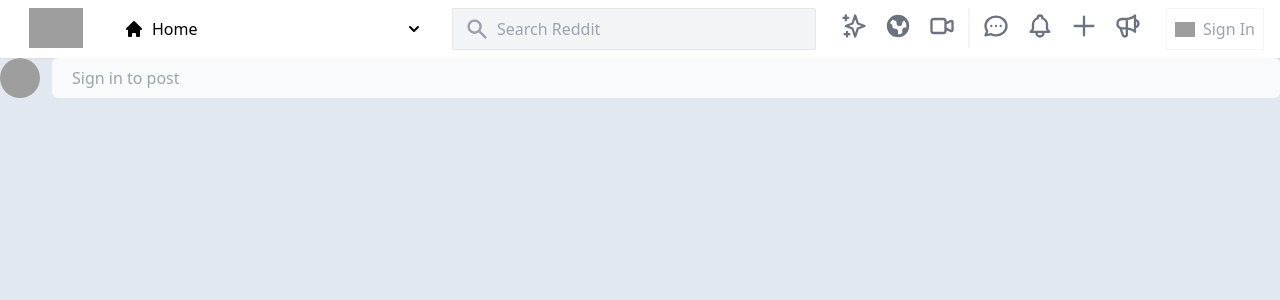
Repository: Scripter-Automation/reditclone
Page: /
The author's editor kept a copy of each file at every save. The page is drawn from the files as they stood at one save, then again after the next save.
The browser window is 1280 px wide. The pictures show the whole page.
Pictures or frames that could not be fetched are drawn as grey boxes. The page's requests for data from a server got no answer. The project was rebuilt for these pictures with package versions that can differ from the ones it lists, and the page was loaded fresh each time. A package was used in the major version that the imports need, not the one package.json lists. The framework's server and built-in components were replaced by stand-ins that run in the browser. No one was signed in, and anything a server would have sent is missing. Also part of the build but not shown: next.config.js.

Above is the page before, as saved 2022-05-27 18:35:38.

### pages/_app.tsx
import '../styles/globals.css'
import type { AppProps } from 'next/app'
import {SessionProvider} from "next-auth/react"
import Header from '../components/Header'
import { ApolloProvider } from '@apollo/client'
import client from "../apollo-client"

function MyApp({ Component, pageProps:{session, ...pageProps} }: AppProps) {
  return (
    <ApolloProvider client={client}>
    <SessionProvider session={session}>
      <div className='h-screen overflow-y-scroll bg-slate-200'>
        <Header></Header>
        <Component {...pageProps} />
      </div>
    </SessionProvider>
    </ApolloProvider>
  )

}

export default MyApp

### pages/index.tsx
import type { NextPage } from 'next'
import Head from 'next/head'
import Image from 'next/image'
import Header from '../components/Header'
import PostBox from '../components/PostBox'

const Home: NextPage = () => {
  return (
    <div className="">
      <Head>
        <title>Reddit 2.0  clone</title>
        <link rel="icon" href="/favicon.ico" />
      </Head>
      <PostBox></PostBox>

    </div>
    )
}

export default Home

### styles/globals.css
@tailwind base;
@tailwind components;
@tailwind utilities;

@layer components{
    .icon{
        @apply h-9 w-6 lg:w-9 cursor-pointer rounded-sm lg:p-1 lg:hover:bg-gray-100
    }
}

### components/Header.tsx
import Image from 'next/image'
import React from 'react'
import { MenuIcon, ChevronDownIcon, HomeIcon, SearchIcon, GlobeIcon} from "@heroicons/react/solid"
import {
    StarIcon,
    BellIcon,
    ChatIcon,
    PlusIcon,
    SparklesIcon,
    SpeakerphoneIcon,
    VideoCameraIcon
} from "@heroicons/react/outline"
import { signIn, signOut, useSession } from 'next-auth/react'
export default function Header() {

    const {data:session} = useSession();

  return (
    <div className='sticky top-0 z-50 flex bg-white px-4 py-2 shadow-sm'>
        <div className='relative h-10 w-20 flex-shrink-0'>
            <Image objectFit='contain' src="https://links.papareact.com/fqy" layout='fill'></Image>
        </div>
        <div className='flex items-center mx-7 xl:min-w-[300px]'>
            <HomeIcon className='h-5 w-5'></HomeIcon>
            <p className='flex-1 ml-2 hidden lg:inline'>Home</p>
            <ChevronDownIcon className='h-5 w-5'></ChevronDownIcon>
        </div>
        <form className='flex flex-1 items-center space-x-2 border border-gray-200 rounded-sm bg-gray-100 px-3 py-1'>
            <SearchIcon className='h-6 w-6 text-gray-400'/>
            <input className='flex-1 bg-transparent outline-none' type="text" placeholder="Search Reddit"></input>
            <button type="submit" hidden></button>
        </form>
        <div className=' text-gray-500 space-x-2 hidden lg:inline-flex mx-5'>
            <SparklesIcon className='icon'></SparklesIcon>
            <GlobeIcon className='icon'></GlobeIcon>
            <VideoCameraIcon className='icon'></VideoCameraIcon>
            <hr className='h-10 border border-gray-100' />
            <ChatIcon className='icon'></ChatIcon>
            <BellIcon className='icon'></BellIcon>
            <PlusIcon className='icon'></PlusIcon>
            <SpeakerphoneIcon className='icon'></SpeakerphoneIcon>
        </div>
        <div className='ml-5 flex items-center lg:hidden'>
            <MenuIcon className='icon'></MenuIcon>
        </div>
        {session ? (
            <div onClick={()=>{signOut()}} className='hidden lg:flex items-center space-x-2 border border-gray-100 p-2 cursor-pointer'>
            <div className='relative h-5 w-5 flex-shrink-0'>
            <Image src="https://links.papareact.com/23l" objectFit='contain' layout='fill' alt="" />
            </div>
            <div className='flex-1 text-xs'>
            <p className='truncate'>{session?.user?.name}</p>
            <p className='text-gray-400'>1 Karma</p>
            </div>
            <ChevronDownIcon className='h-5 flex-shrink-0 text-gray-400'></ChevronDownIcon>
        </div>
        ):(

        <div onClick={()=>{signIn()}} className='hidden lg:flex items-center space-x-2 border border-gray-100 p-2 cursor-pointer'>
            <div className='relative h-5 w-5 flex-shrink-0'>
            <Image src="https://links.papareact.com/23l" objectFit='contain' layout='fill' alt="" />
            </div>
            <p className='text-gray-400'>Sign In</p>
        </div>
        )}
    </div>
  )
}

### apollo-client.js
import { ApolloClient, InMemoryCache } from "@apollo/client";

const client = new ApolloClient({
    uri: "https://seraing.stepzen.net/api/morbid-macaw/__graphql",
    headers:{
        Authorization:`Apikey ${process.env.NEXT_PUBLIC_STEPZEN_KEY}`
    },
    cache: new InMemoryCache(),
});

export default client;

### components/PostBox.tsx
import { useSession } from 'next-auth/react'
import React from 'react'
import Avatar from './Avatar'

export default function PostBox() {
    const {data:session} = useSession()

  return (
    <form className='sticky top-16 z-50'>
        <div className='flex items-center space-x-3'>
            <Avatar></Avatar>

            <input
                disabled={!session}
                className= "flex-1 rounded-md bg-gray-50 p-2 pl-5 outilne-none"
                type="text"
                placeholder={session ? 'Createa a post by entering a titile!':'Sign in to post'}
            >
            </input>
        </div>
    </form>
  )
}

### components/Avatar.tsx
import { useSession } from 'next-auth/react'
import React from 'react'
import Image from 'next/image'

type Props = {
    seed?: string
    large?: boolean
}

export default function Avatar({seed, large} : Props) {

    const {data:session} = useSession()

  return (
    <div className={`overflow-hidden relative h-10 w-10 rounded-full border-gray-300 bg-white ${large && `h-20 w-20`}`}>
        <Image layout='fill' src={`https://avatars.dicebear.com/api/open-peeps/${seed ||session?.user?.name || "placeholder"}.svg`}></Image>
    </div>
  )
}

Loaded but not shown: tailwind.config.js (common file)

After the next save:
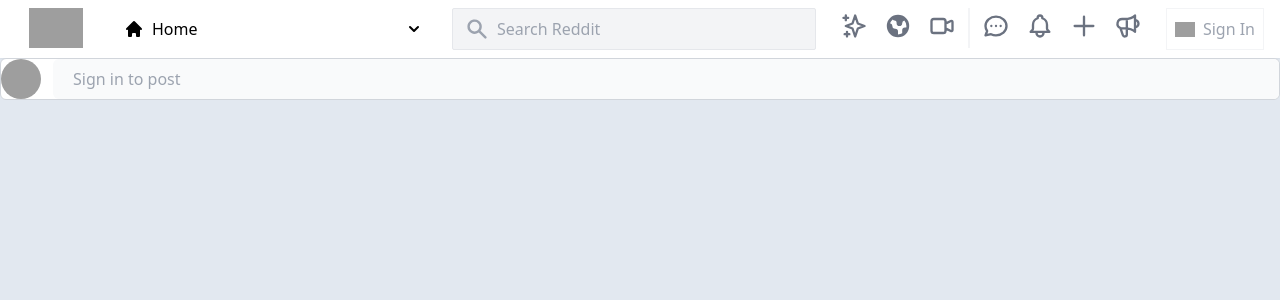
Saved 60 s later.
--- a/components/PostBox.tsx
+++ b/components/PostBox.tsx
@@ -6,7 +6,7 @@
     const {data:session} = useSession()
 
   return (
-    <form className='sticky top-16 z-50'>
+    <form className='sticky top-16 z-50 bg-white border rounded-md border-gray-300 '>
         <div className='flex items-center space-x-3'>
             <Avatar></Avatar>
 
